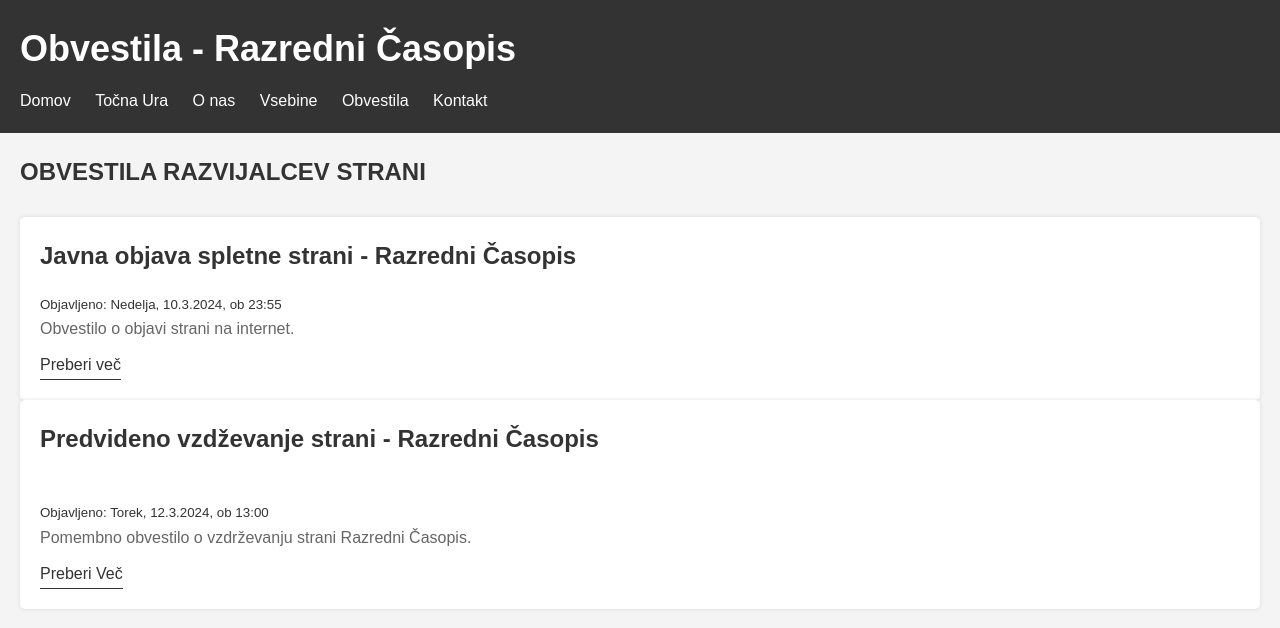
Repository: razrednicasopis/razrednicasopis.github.io
Page: Resources/obvestila.html
The author's editor kept a copy of each file at every save. The page is drawn from the files as they stood at one save, then again after the next save.
The browser window is 1280 px wide. The pictures show the whole page.

Above is the page before, as saved 2024-03-12 13:00:23.
Console error: ReferenceError: maintenanceMode is not defined

### Resources/obvestila.html
<!DOCTYPE html>
    <html lang="eu">
        <head>
            <meta charset="UTF-8">
            <meta name="viewport" content="width=device-width, initial-scale=1.0">
            <title>Obvestila</title>
            <link rel="stylesheet" href="styless.css">
            <link rel="stylesheet" href="system.css">
        </head>
            <body>


              <div class="blur-container">
                <div id="vrstica">
                    <header>
                      <h1>Obvestila - Razredni Časopis</h1>
                      <nav>
                        <ul>
                          <li><a href="index.html">Domov</a></li>
                          <li><a href="ura.html">Točna Ura</a></li>
                          <li><a href="o-nas.html">O nas</a></li>
                          <li><a href="vsebine.html">Vsebine </a></li>
                          <li><a href="#">Obvestila</a></li>
                          <li><a href="#" class="showPopupLink">Kontakt</a></li>
                        </ul>
                      </nav>
                    </header>
                    </div>



        <main>
          <section class="obvestilnatabla">
            <h1>OBVESTILA RAZVIJALCEV STRANI</h1><br>
              <article>
                <h2>Javna objava spletne strani - Razredni Časopis</h2>
                <small>Objavljeno: Nedelja, 10.3.2024, ob 23:55</small>
                <p>Obvestilo o objavi strani na internet.</p>
                <a href="obvestilo1.html">Preberi več</a>
              </article>
                <p>
                  <article>
                    <h2>Predvideno vzdževanje strani - Razredni Časopis</h2><br>
                    <small>Objavljeno: Torek, 12.3.2024, ob 13:00</small>
                    <p>Pomembno obvestilo o vzdrževanju strani Razredni Časopis.</p>
                    <a href="obvestilo2.html">Preberi Več</a>
                  </article>
                </p>
          </section>
        </main>
      </div>


<!--Pop-ups and other HTML-->
<div id="popupContainer">
  <div id="overlay"></div>
  <div id="popupContent">
      <h1><b>NEDOSEGLJIVE VSEBINE</b></h1>
      <p>Te vsebine bodo na voljo v naslednjih verzijah strani.</p>
      <p>Obiščite <a href="obvestila.html">obvestila</a> za več novic.</p>
      <br>
      <button id="closePopupBtn">V redu</button>
  </div>
</div>

<div id="maintenancePopup">
  <div id="maintenancePopupContent">
    <h1>POVEZAVA IZGUBLJENA</h1>
    <p>Povezava z strežnikom izgubljena zaradi vzdrževanja strani. Prosimo osvežite stran.</p>
    <button id="closeMaintenancePopupBtn">Osveži</button>
  </div>
</div>

          <script src="alerts.js"></script>
          <script src="maintenancemode.js"></script>

            </body>
    </html>

### Resources/styless.css
* {
  margin: 0;
  padding: 0;
  box-sizing: border-box;
}

/* Globalni slogi */
body {
  font-family: Arial, sans-serif;
  line-height: 1.6;
  background-color: #f4f4f4;
  color: #333;
  margin: 0;
  padding: 0;
  max-height: 100vh;
}


.container {
    text-align: center;
    margin-top: 50px;
}

.border-box {
    display: inline-block;
    padding: 200px;
    width: 550px;
    height: 500px;
    border: 5px solid #333; /* Set your desired border color */
    border-radius: 30px; /* Set the border radius for slightly curved corners */
    background-color: #333; /* Set your desired background color inside the border */
}

header {
  background: #333;
  color: #fff;
  padding: 20px;
}

header h1 {
  margin-bottom: 10px;
  font-size: 36px;
}

nav ul {
  list-style: none;
}

nav ul li {
  display: inline;
  margin-right: 20px;
}

nav ul li a {
  color: #fff;
  text-decoration: none;
}

main {
  padding: 20px;
}

section {
  margin-bottom: 30px;
}

section h2 {
  margin-bottom: 15px;
}

article {
  background: #fff;
  padding: 20px;
  border-radius: 5px;
  box-shadow: 0 0 5px rgba(0, 0, 0, 0.1);
}

article h3 {
  margin-bottom: 10px;
}

article p {
  color: #666;
}

article a {
  display: inline-block;
  margin-top: 10px;
  text-decoration: none;
  color: #333;
  border-bottom: 1px solid #333;
  padding-bottom: 2px;
}

article a:hover {
  color: #000;
  border-color: #000;
}



footer {
  text-align: center;
  padding: 30px;
  background-color: #333;
  color: #fff;
  position: absolute;
  bottom: auto;
  width: 100%;
  text-align: center;
}

### Resources/system.css
/* Koda za "Coming Soon" pop-up */

#popupContainer {
    display: none;
    position: fixed;
    top: 50%;
    left: 50%;
    transform: translate(-50%, -50%);
    background-color: #ffffff;
    box-shadow: 0 4px 8px rgba(0, 0, 0, 0.1);
    padding: 20px;
    border-radius: 10px;
    text-align: center;
    z-index: top;
  }

  #popupContent {
    max-width: 400px;
    margin: 0 auto;
  }

  #closePopupBtn {
    background-color: #3498db;
    color: #ffffff;
    padding: 10px 15px;
    border: none;
    border-radius: 5px;
    cursor: pointer;
  }

  #closePopupBtn:hover {
      background-color: #4da8e1;
  }

  #showPopupLink {
    display: inline-block;
    padding: 10px 15px;
    color: #ffffff;
    text-decoration: none;
    border-radius: 5px;
    cursor: pointer;
  }

body.popup-open {
   overflow: hidden;
}

.popup-open .blur-container {
  filter: blur(5px); /* Apply blur effect only when popup is open */
  pointer-events: none;
}

#maintenancePopup {
  display: none;
  position: fixed;
  top: 50%;
  left: 50%;
  transform: translate(-50%, -50%);
  background-color: #ffffff;
  box-shadow: 0 4px 8px rgba(0, 0, 0, 0.1);
  padding: 20px;
  border-radius: 10px;
  text-align: center;
  z-index: 999;
}

#maintenancePopupContent {
  max-width: 400px;
  margin: 0 auto;
}

#closeMaintenancePopupBtn {
  background-color: #3498db;
  color: #ffffff;
  padding: 10px 15px;
  border: none;
  border-radius: 5px;
  cursor: pointer;
  margin-top: 20px;
}

#closeMaintenancePopupBtn:hover {
  background-color: #4da8e1;
}

/* Koda za "Kontakt" obrazec */

#contactform {
    align-self: center;
    }

    .formcontainer {
      text-align: center;
      margin-top: 50px;
      display: flex;
      justify-content: center;
      align-items: flex-start; /* Align items at the top */
  }

  .border-box {
      display: inline-block;
      padding: 20px;
      width: 550px;
      height: 500px;
      border: 5px solid #333; /* Set your desired border color */
      border-radius: 30px; /* Set the border radius for slightly curved corners */
      background-color: #333; /* Set your desired background color inside the border */
  }

  form input,
form textarea {
    width: calc(100% - 40px); /* Adjusted width with a bit of padding on each side */
    padding: 10px; /* Increased padding for better readability */
    margin-bottom: 5px; /* Increased spacing between input areas */
    margin-top: 25px; /* Move input areas slightly lower */
    height: 40px; /* Increased height to make input areas bigger */
}

form select{
width: calc(100% - 40px); /* Adjusted width with a bit of padding on each side */
padding: 10px; /* Increased padding for better readability */
margin-bottom: 5px;
margin-top: 20px; /* Move input areas slightly lower */
height: 40px; /* Height of input areas */
border: 1px solid #ccc; /* Border style */
border-radius: 5px; /* Border radius */
font-size: 16px; /* Font size */
}

form textarea {
  height: 120px;
}

/* Form Submit Button Styles */

/* Your existing CSS code */
/* Koda za "Coming Soon" pop-up */

#popupContainer {
  display: none;
  position: fixed;
  top: 50%;
  left: 50%;
  transform: translate(-50%, -50%);
  background-color: #ffffff;
  box-shadow: 0 4px 8px rgba(0, 0, 0, 0.1);
  padding: 20px;
  border-radius: 10px;
  text-align: center;
  z-index: top;
}


#popupContent {
  max-width: 400px;
  margin: 0 auto;
}

#closePopupBtn {
  background-color: #3498db;
  color: #ffffff;
  padding: 10px 15px;
  border: none;
  border-radius: 5px;
  cursor: pointer;
}

#closePopupBtn:hover {
    background-color: #4da8e1;
}

#showPopupLink {
  display: inline-block;
  padding: 10px 15px;
  color: #ffffff;
  text-decoration: none;
  border-radius: 5px;
  cursor: pointer;
}

body.popup-open {
 overflow: hidden;
}

body.blur {
filter: blur(5px);
pointer-events: none;
z-index: 1;
}

/* Koda za "Kontakt" obrazec */

#contactform {
  align-self: center;
}

.formcontainer {
  text-align: center;
  margin-top: 50px;
  display: flex;
  justify-content: center;
  align-items: flex-start; /* Align items at the top */
}

.border-box {
  display: inline-block;
  padding: 20px;
  width: 550px;
  height: 500px;
  border: 5px solid #333; /* Set your desired border color */
  border-radius: 30px; /* Set the border radius for slightly curved corners */
  background-color: #333; /* Set your desired background color inside the border */
}

form input,
form textarea {
  width: calc(100% - 40px); /* Adjusted width with a bit of padding on each side */
  padding: 10px; /* Increased padding for better readability */
  margin-bottom: 5px; /* Increased spacing between input areas */
  margin-top: 25px; /* Move input areas slightly lower */
  height: 40px; /* Increased height to make input areas bigger */
}

form select{
width: calc(100% - 40px); /* Adjusted width with a bit of padding on each side */
padding: 10px; /* Increased padding for better readability */
margin-bottom: 5px;
margin-top: 20px; /* Move input areas slightly lower */
height: 40px; /* Height of input areas */
border: 1px solid #ccc; /* Border style */
border-radius: 5px; /* Border radius */
font-size: 16px; /* Font size */
}

form textarea {
height: 120px;
}

/* Combined CSS for Blob Button */

*, *:before, *:after {
  box-sizing: border-box;
  margin: 0;
  padding: 0;
}

.buttons {
  margin-top: 2 0px;
  text-align: center;
  border-radius: 30px;
}

.blob-btn {
  z-index: 1;
  position: relative;
  padding: 20px 150px;
  margin-bottom: 40px;
  margin-top: 10px;
  text-align: center;
  text-transform: uppercase;
  color: #0505A9;
  font-size: 16px;
  font-weight: bold;
  background-color: transparent;
  outline: none;
  border: none;
  transition: color 0.5s;
  cursor: pointer;
  border-radius: 30px;
}
.blob-btn:before {
  content: "";
  z-index: 1;
  position: absolute;
  left: 0;
  top: 0;
  width: 100%;
  height: 100%;
  border: 2px solid #0505A9;
  border-radius: 30px;
}
.blob-btn:after {
  content: "";
  z-index: -2;
  position: absolute;
  left: 3px;
  top: 3px;
  width: 100%;
  height: 100%;
  transition: all 0.3s 0.2s;
  border-radius: 30px;
}
.blob-btn:hover {
  color: #FFFFFF;
  border-radius: 30px;
}
.blob-btn:hover:after {
  transition: all 0.3s;
  left: 0;
  top: 0;
  border-radius: 30px;
}
.blob-btn__inner {
  z-index: -1;
  overflow: hidden;
  position: absolute;
  left: 0;
  top: 0;
  width: 100%;
  height: 100%;
  border-radius: 30px;
  background: #ffffff;
}
.blob-btn__blobs {
  position: relative;
  display: block;
  height: 100%;
  filter: url("#goo");
}
.blob-btn__blob {
  position: absolute;
  top: 2px;
  width: 30%;
  height: 100%;
  background: #0505A9;
  border-radius: 100%;
  transform: translate3d(0, 150%, 0) scale(1.7);
  transition: transform 0.45s;
}
@supports (filter: url("#goo")) {
  .blob-btn__blob {
    transform: translate3d(0, 150%, 0) scale(1.4);
  }
}
.blob-btn__blob:nth-child(1) {
  left: 0%;
  transition-delay: 0s;
}
.blob-btn__blob:nth-child(2) {
  left: 30%;
  transition-delay: 0.08s;
}
.blob-btn__blob:nth-child(3) {
  left: 60%;
  transition-delay: 0.16s;
}
.blob-btn__blob:nth-child(4) {
  left: 90%;
  transition-delay: 0.24s;
}
.blob-btn:hover .blob-btn__blob {
  transform: translateZ(0) scale(1.7);
}

/* Define the keyframes for the pulse effect */
@keyframes pulse {
  0% {
    box-shadow: 0 0 0 0 rgba(255, 255, 255, 0.7); /* Initial box shadow color, adjust to match button color */
  }
  50% {
    box-shadow: 0 0 0 20px rgba(255, 255, 255, 0); /* Intermediate box shadow color */
  }
  100% {
    box-shadow: 0 0 0 0 rgba(255, 255, 255, 0); /* Final box shadow color */
  }
}

/* Apply the animation to the button when it's clicked or focused */
.blob-btn:active, .blob-btn:focus {
  animation: pulse 0.3s ease-in-out; /* Adjust the duration to control the pulse speed */
}

@supports (filter: url("#goo")) {
  .blob-btn:hover .blob-btn__blob {
    transform: translateZ(0) scale(1.5);
  }
}

/* CSS za uro */

.clock {
  margin-top: 6cm;
  text-align: center;
  font-size: 3em;
}

/*CSS za vse stranske nav skupine razen za glavno */

.seznamvsebin {
  display: inline-block;
  vertical-align: bottom;
  width: calc(20% - 4px); /* Adjust width to accommodate border */
  box-sizing: border-box;
  margin: 40px;
  border: 3px solid #000; /* Border thickness */
  height: 750px; /* Set desired height */
  /* Additional styling for seznamvsebin if needed */
  background-color: #f2f2f2;

}

.seznamvsebin nav {
    justify-content: center;
    padding: 30px;

}

.seznamvsebin nav a {
      display: inline-block;
      padding: 5px 10px;
      color: #000000;
      text-align: center;
      text-decoration: none;
      margin-bottom: 5px;
      border: 2px, transparent;
      border-radius: 5px;
      transition: linear, border 0.1s linear;
      font-weight: bold;
}


.seznamvsebin nav a:hover {
    background-color: #e0e0e0;
    border: 2px solid #000000
}

.NoviceContent {
  float: right; /* Align to the right */
  width: calc(80% - 250px); /* Adjusted width */
  box-sizing: border-box;
  margin-top: 100px;
}

.NoviceContent p {
  margin-bottom: 20px;
}

#dynamicText {
  float: right; /* Align to the right */
  width: calc(89% - 250px); /* Adjusted width */
  box-sizing: border-box;
  margin-top: 90px;
}

#dynamicText article {
  width: 99%;
}

/* Pravila Obrazca CSS */

.pravilaobrazca {
  height: 630px;
}

.pravilaobrazca_opozorilo {
  margin-top: 275px; /* Keeps this div at the bottom */
  color: #666; /* Change text color if desired */
}

/* Random CSS */

/* CSS for the admin credits list */

.creditscontainer {
  display: flex;
  flex-wrap: wrap;
}

.creditslist {
  flex: 1;
  margin: 10px;
  padding: 0;
  list-style-type: none;
}

.creditslist li {
  margin-bottom: 5px;
}

.adminlist article {
  min-height: 225px;
}

/* Članki CSS */

.člankimargin {
  margin-top: 20px;
}

.člankimargin article {
  width: 99%;
  margin-left: 10px;
  height: 20.5cm;
}

.člankitext {
  margin-bottom: 75px;
  font-size: 25px;
}

.člankitext2 {
  font-size: 14.5px;
}

.člankitext3 {
  font-size: 18px;
}

#vitin_spis {
  font-size: 20px;
}

#grinchtext {
  font-size: 20px;
}

#grinchimg img {
  width: 20%;
  height: 20%
}

/* CSS za mediji.html */

.shrambaslik {
  float: right; /* Align to the right */
  width: calc(89% - 250px); /* Adjusted width */
  box-sizing: border-box;
  margin-top: 90px;
}

.shrambaslik img[id="1"] {
  width: 25%;
  height: 25%;
}

.shrambaslik img[id="2"] {
  width: 10%;
  height: 5%;
  margin-left: 2%;
}

### Resources/alerts.js
 document.addEventListener('DOMContentLoaded', function () {
        document.querySelectorAll('.showPopupLink').forEach(function (link) {
            link.addEventListener('click', function (event) {
                event.preventDefault();
                document.getElementById('popupContainer').style.display = 'block';
                document.body.classList.add('popup-open');
            });
        });

        document.getElementById('closePopupBtn').addEventListener('click', function () {
            document.getElementById('popupContainer').style.display = 'none';
            document.body.classList.remove('popup-open');
        });
    });

    //Maintenance mode pop-up

    document.addEventListener('DOMContentLoaded', function ()  {
        function toggleMaintenancePopup(show) {
            var maintenancePopup = document.getElementById('maintenancePopup');
            if (maintenancePopup) {
                maintenancePopup.style.display = show ? 'block' : 'none';
                document.body.classList.toggle('popup-open', show);
                console.log(Error);
            }
        }


    function checkMaintenanceStatus() {
        setInterval(function () {


            toggleMaintenancePopup(maintenanceMode);

        }, 1000);
    }

    document.getElementById('closeMaintenancePopupBtn').addEventListener('click', function ()  {
        location.reload();
    });

    checkMaintenanceStatus();
});

Loaded but not shown: Resources/maintenancemode.js (no stored copy; drawn as an empty file)

After the next save:
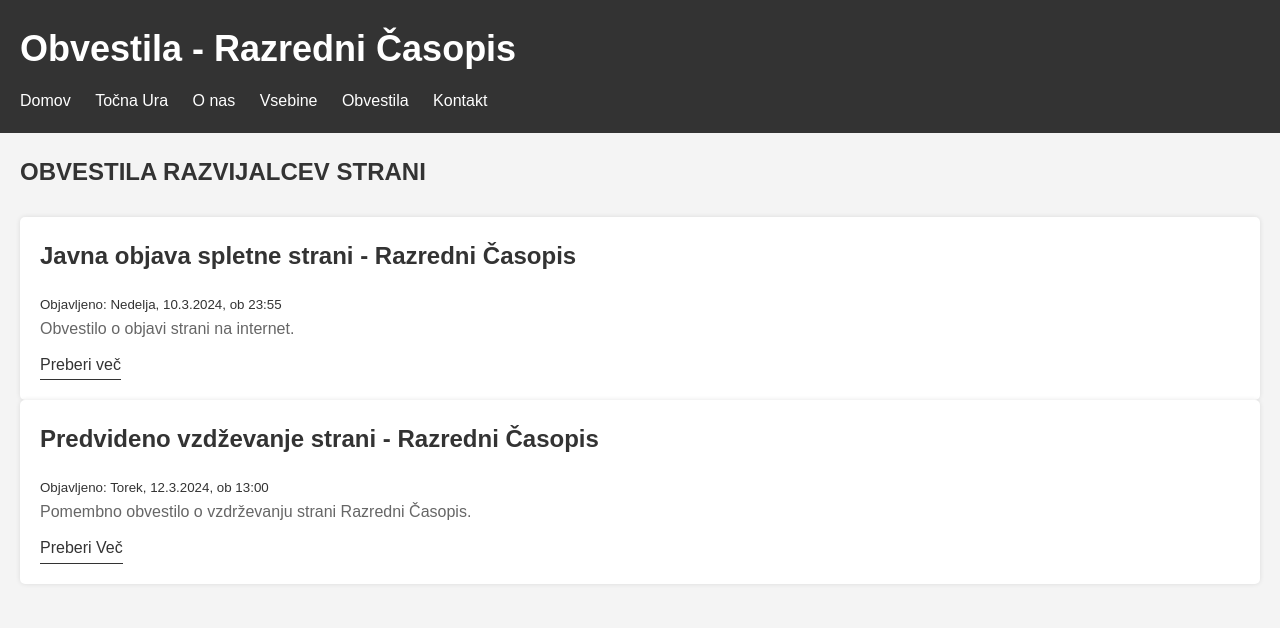
Saved 8 s later.
--- a/Resources/obvestila.html
+++ b/Resources/obvestila.html
@@ -40,7 +40,7 @@
               </article>
                 <p>
                   <article>
-                    <h2>Predvideno vzdževanje strani - Razredni Časopis</h2><br>
+                    <h2>Predvideno vzdževanje strani - Razredni Časopis</h2>
                     <small>Objavljeno: Torek, 12.3.2024, ob 13:00</small>
                     <p>Pomembno obvestilo o vzdrževanju strani Razredni Časopis.</p>
                     <a href="obvestilo2.html">Preberi Več</a>
